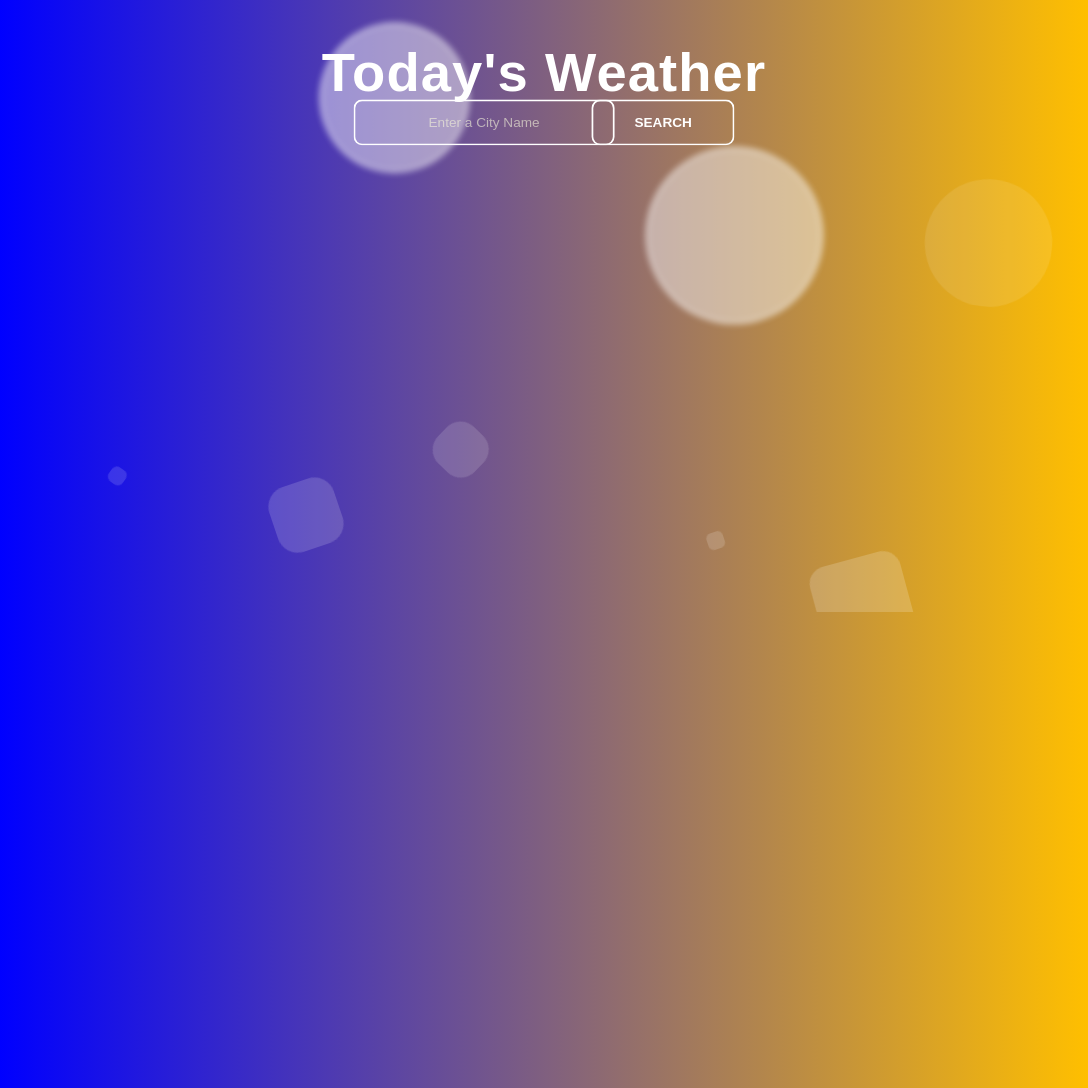
Repository: KayceeNguyen/bubleweather-app
Page: /
An editor plug-in stored every save of this project. The page is shown before and after the next save, followed by the edit.
The browser window is 1280 px wide. The pictures show the whole page, at 85% of full size.
The project was rebuilt for these pictures with package versions that can differ from the ones it lists, and the page was loaded fresh each time. The framework's server and built-in components were replaced by stand-ins that run in the browser. Also part of the build but not shown: next.config.js.

Above is the page before, as saved 2023-01-20 02:41:25.

After the next save:
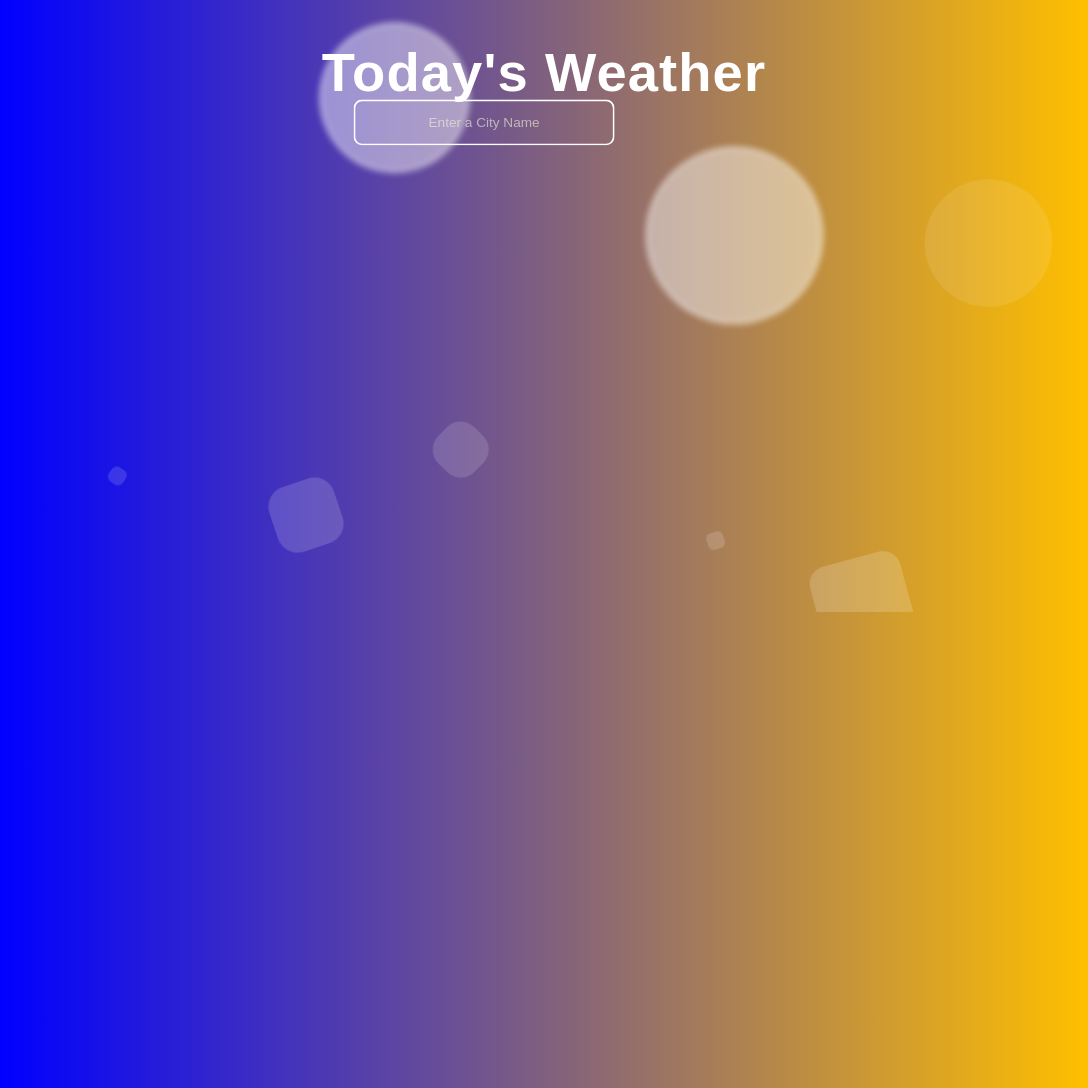
Saved 4 min 20 s later.
--- a/pages/index.js
+++ b/pages/index.js
@@ -141,11 +141,16 @@ export default function Home() {
 
             />
 
-          <button className={styles.searchBtn}
+          {/* <button className={styles.searchBtn}
             type="submit"
             onClick={setWeather}
 
-          >SEARCH</button>
+          >SEARCH</button> */}
+
+          <image className={styles.location}
+            src='/location.png'
+
+          />
 
 
           </div>
